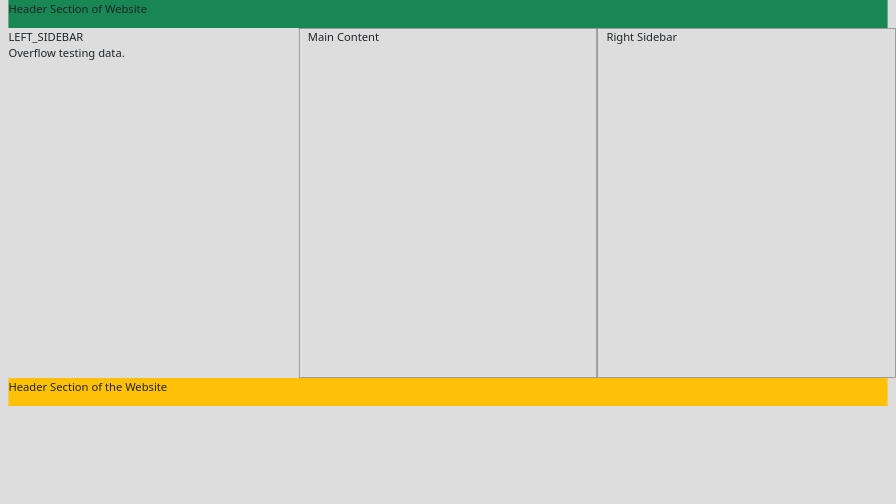
Repository: Dayvid0/BOOTSTRAP-TUTORIALS
Page: BOOTSTRAP-GRID-LAYOUTS/index.html
The author's editor kept a copy of each file at every save. The page is drawn from the files as they stood at one save, then again after the next save.
The browser window is 1280 px wide. The pictures show the whole page, at 70% of full size.

Above is the page before, as saved 2025-01-24 10:53:13.

### BOOTSTRAP-GRID-LAYOUTS/index.html
<!doctype html>
<html lang="en">
  <head>
    <!-- Required meta tags -->
    <meta charset="utf-8">
    <meta name="viewport" content="width=device-width, initial-scale=1">
    <!-- Bootstrap CSS -->
    <link href="https://cdn.jsdelivr.net/npm/bootstrap@5.0.2/dist/css/bootstrap.min.css" rel="stylesheet" integrity="sha384-EVSTQN3/azprG1Anm3QDgpJLIm9Nao0Yz1ztcQTwFspd3yD65VohhpuuCOmLASjC" crossorigin="anonymous">
    <link rel="stylesheet" href="./style.css">
    <title>Hello, world!</title>
  </head>
  <body>
  <div class="container-fluid">
    <div class="header bg-success">
      Header Section of Website
    </div>
    <div class="content">
      <div class="row">
        <div class="col-4 sidebar ">
          LEFT_SIDEBAR
          <p>Overflow testing data.</p>
        </div>
        <div class="main-content col-4 sidebar ">
          Main Content
      </div>
      <div class="main-content col-4 sidebar ">
        Right Sidebar
    </div>
    </div>
  </div>
  <div class="footer bg-warning">
    Header Section of the Website
  </div>
    <script src="https://cdn.jsdelivr.net/npm/bootstrap@5.0.2/dist/js/bootstrap.bundle.min.js" integrity="sha384-MrcW6ZMFYlzcLA8Nl+NtUVF0sA7MsXsP1UyJoMp4YLEuNSfAP+JcXn/tWtIaxVXM" crossorigin="anonymous"></script>
  </body>
</html>

### BOOTSTRAP-GRID-LAYOUTS/style.css
body {
  background-color: #ddd;
}
.header {
  height: 40px;
}
.content {
  min-height: 500px;
}
.footer {
  height: 40px;
}
.sidebar {
  overflow: scroll;
}
.main-content {
  min-height: 500px;
  border: 1px solid grey;
}

After the next save:
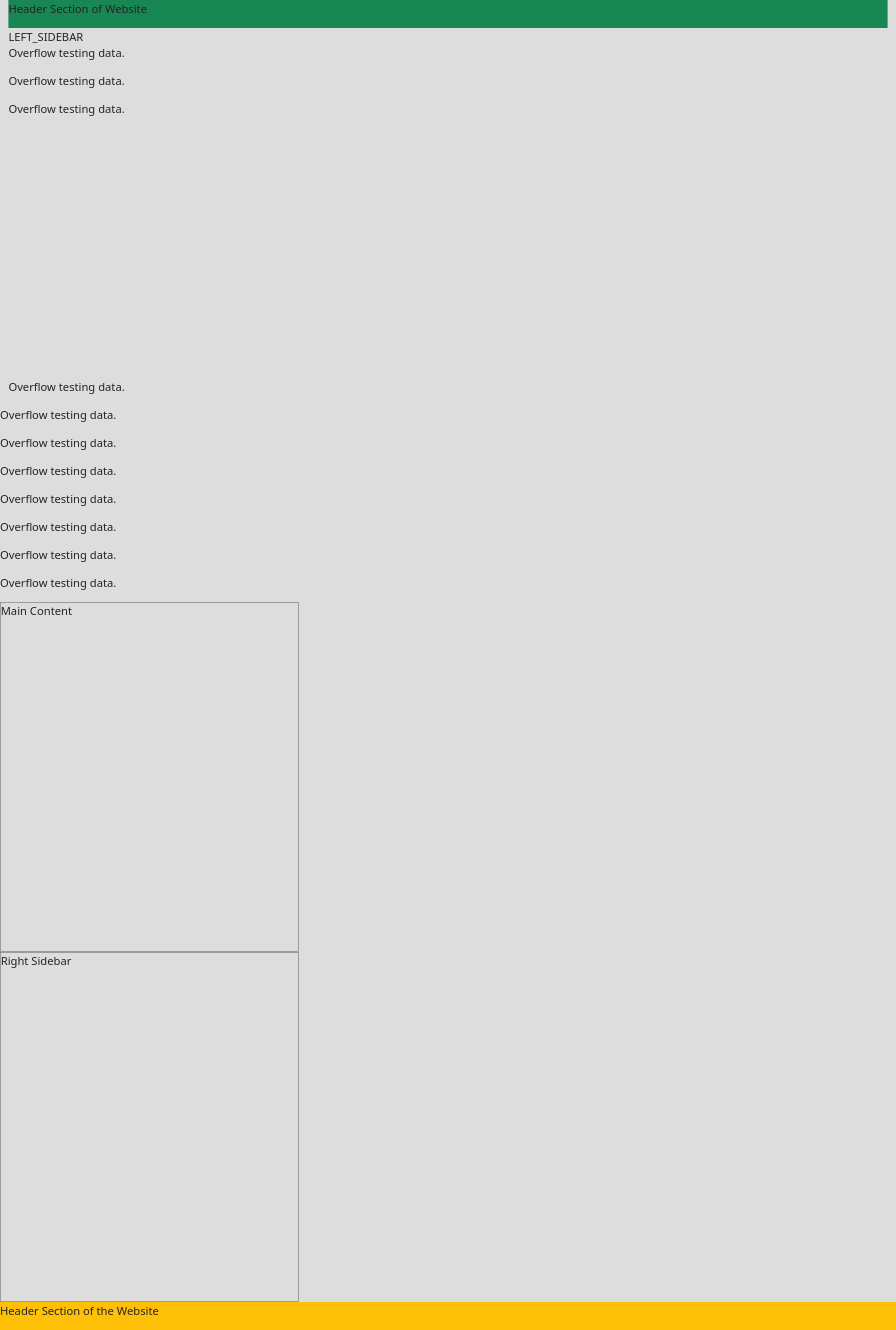
Saved 35 s later.
--- a/BOOTSTRAP-GRID-LAYOUTS/index.html
+++ b/BOOTSTRAP-GRID-LAYOUTS/index.html
@@ -20,6 +20,25 @@
           LEFT_SIDEBAR
           <p>Overflow testing data.</p>
         </div>
+        <p>Overflow testing data.</p>
+        </div>
+        <p>Overflow testing data.</p>
+        </div>
+        <p>Overflow testing data.</p>
+        </div>
+        <p>Overflow testing data.</p>
+        </div>
+        <p>Overflow testing data.</p>
+        </div>
+        <p>Overflow testing data.</p>
+        </div>
+        <p>Overflow testing data.</p>
+        </div><p>Overflow testing data.</p>
+      </div>
+      <p>Overflow testing data.</p>
+        </div>
+        <p>Overflow testing data.</p>
+        </div>
         <div class="main-content col-4 sidebar ">
           Main Content
       </div>
